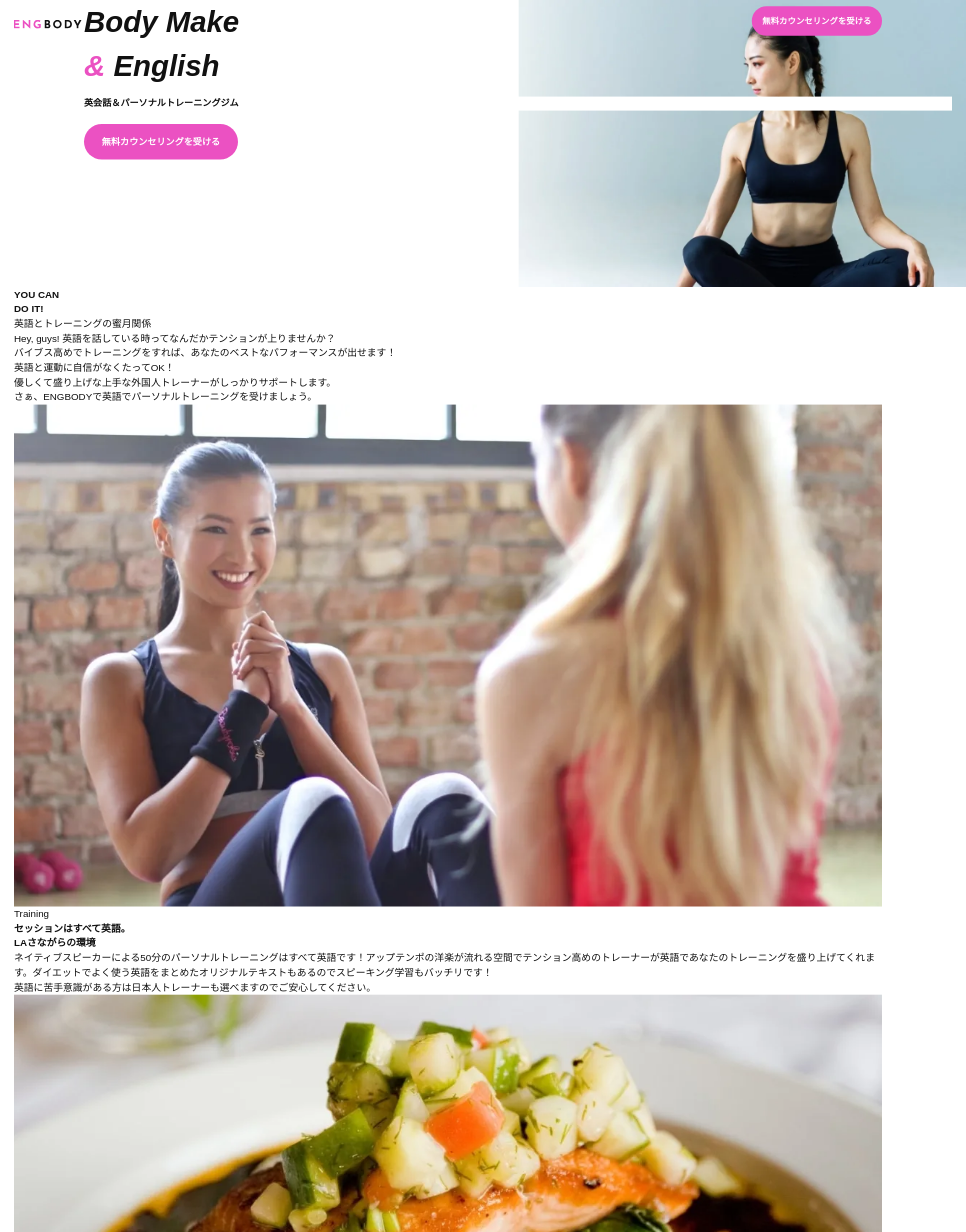
Repository: tetishi/engbody
Page: index.html
The author's editor kept a copy of each file at every save. The page is drawn from the files as they stood at one save, then again after a run of saves.
The browser window is 1280 px wide. The page is 1380 px wide, so the pictures cover 1380 px, including what lies to the right of the window. The pictures show the part of the page from y = 0 to 1760 px (the page is 12355 px tall before and 12583 px after), at 70% of full size.
The style sheet was rebuilt from its Sass, Less or Tailwind sources for each picture, by a compiler version that may differ from the author's.

Above is the page before, as saved 2023-07-26 00:16:54.

After the next 3 saves:
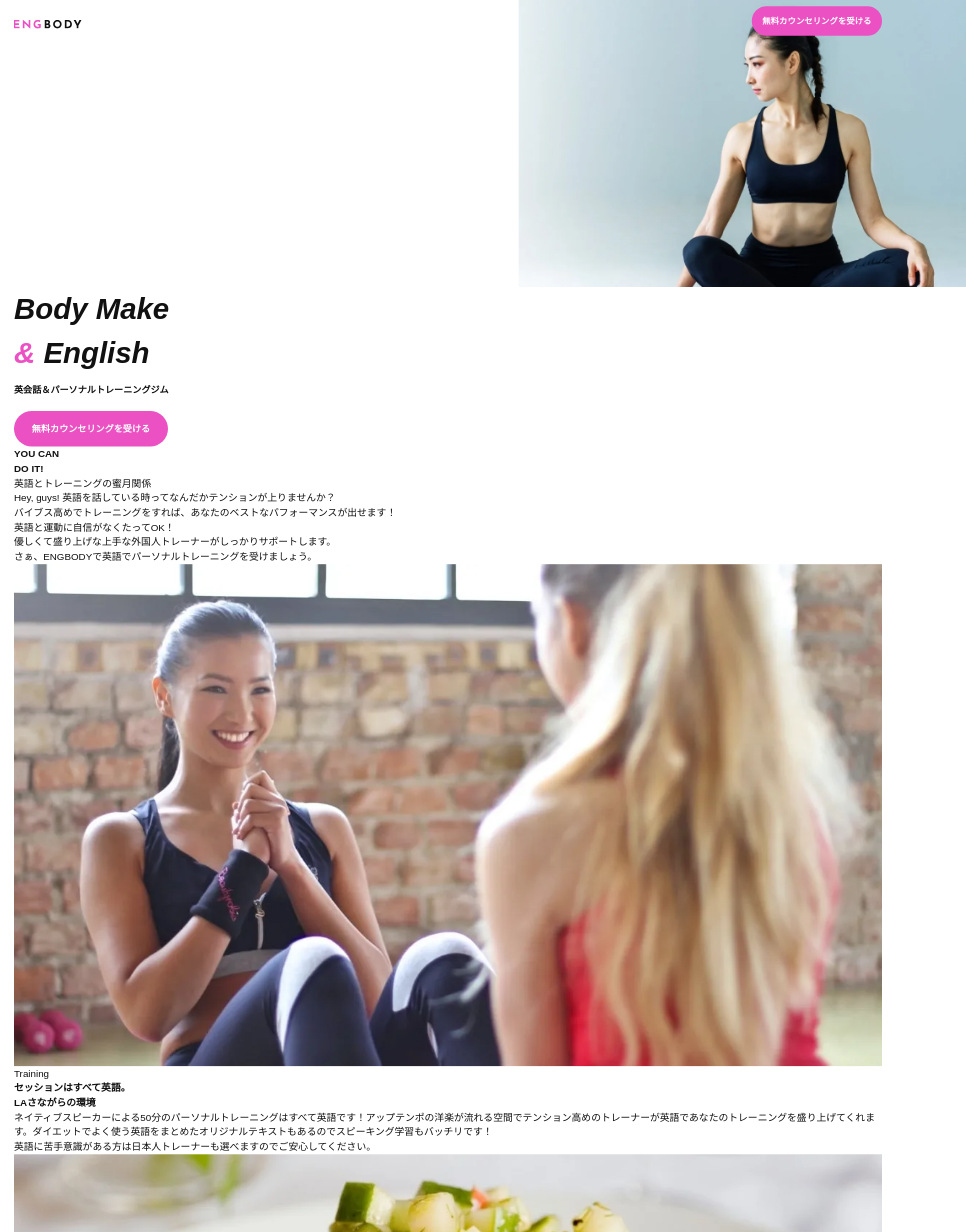
The 3 saves are shown as one change because they came seconds apart.
The last was saved 9 s later.
--- a/css/style.scss
+++ b/css/style.scss
@@ -68,6 +68,8 @@ a {
 
 //fv
 .fv {
+}
+.fv-img {
     background-image: url(../img/bg_mv.webp);
     background-position: right bottom;
     height: 410px;
@@ -76,9 +78,6 @@ a {
     border-radius: 0 0 0 50px;
     position: relative;
     left: 100px;
-}
-.fv-img {
-
 }
 .page-title {
     font-size: 4.2rem;
